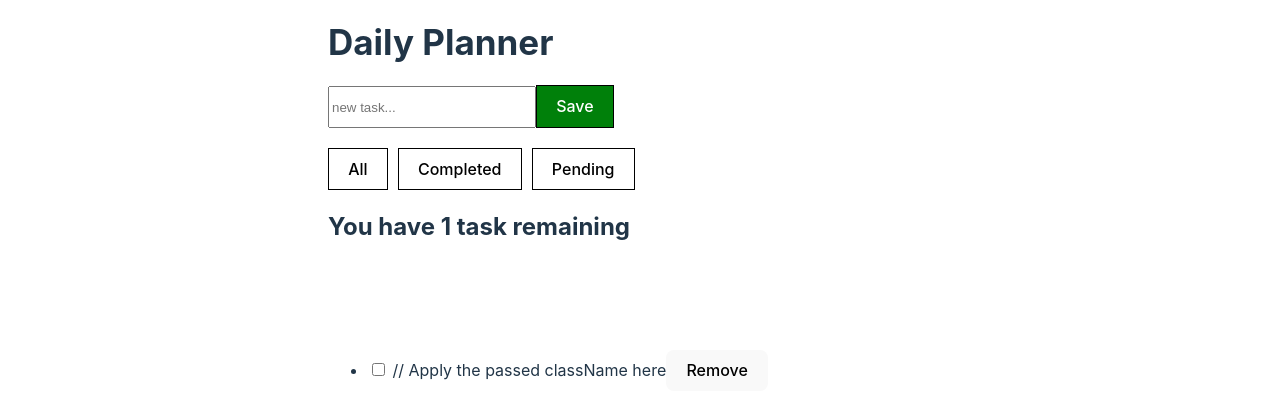
Repository: leslie179/lab4
Page: / (app in lab4/), after clicking the first element matching `button`
An editor plug-in stored every save of this project. The page is shown before and after a run of saves, followed by the edit.
The browser window is 1280 px wide. The pictures show the whole page.
The project was rebuilt for these pictures with package versions that can differ from the ones it lists, and the page was loaded fresh each time. Also part of the build but not shown: lab4/vite.config.js.

Above is the page before, as saved 2024-10-27 18:46:57.

### lab4/src/App.jsx
import { useState } from 'react'
import './App.css'

import Task from './components/Task'
import TaskForm from './components/TaskForm'

function App() {
  const [tasks, setTasks] = useState([])
  const [filter, setFilter] = useState("All")

  const remainingTasks = tasks.filter(task => !task.completed).length;

  return (
    <div>
      <h1>Daily Planner</h1>
      <TaskForm setTasks={setTasks} />

      <button className="filter-button" onClick={() => setFilter("All")}>All</button>
      <button className="filter-button" onClick={() => setFilter("Completed")}>Completed</button>
      <button className="filter-button" onClick={() => setFilter("Pending")}>Pending</button>

      <h2>You have {remainingTasks} task{remainingTasks !== 1 ? 's' : ''} remaining</h2>

      <ul>
        {tasks && tasks.filter((task) => {
          if (filter === "All") {
            return true;
          } else if (filter === "Completed") {
            return task.completed;
          } else if (filter === "Pending") {
            return !task.completed;
          }
          return true;
        }).map((task, i) => {
          return <Task className="task-font" key={i} task={task} setTasks={setTasks} index={i} />
        })}
      </ul>
    </div>
  )
}

export default App;

### lab4/src/App.css
#root {
  max-width: 1280px;
  text-align: left;
  padding-left: 20rem;
}

h1{
  font-size: 35px;
}

.filter-button{
  border: 1px solid black;
  background-color: white;
  margin-right: 10px;
  margin-top: 20px;
  border-radius: 0px;
}

.save{
  background-color: #00800a;
  border-radius: 0px;
  border: 1px solid black;
  padding-top:2mm;
  height:43px;
  color: white;

}

.task-font{
  font-size: 100px;
}

.h2{
  font-weight: bold;
  font-size: 30px;
}
.input{
width:200px;
height:36px;
}

.read-the-docs {
  color: #888;
}

### lab4/src/components/Task.jsx
// Task.jsx
function Task({ task, setTasks, index, className }) {

    const remove = () => {
        setTasks((currentTasks) => {
            const tmpTasks = [...currentTasks] // (deep copy)
            tmpTasks.splice(index, 1) // remove 1 value at this index (key == index)
            return tmpTasks
        })
    }

    const toggleCompleted = (e) => {
        setTasks((currentTasks) => {
            const tmpTasks = [...currentTasks] // (deep copy)
            tmpTasks[index].completed = e.target.checked
            return tmpTasks
        })
    }

    return (
      <li>
        <input type="checkbox" onChange={(e) => toggleCompleted(e)} />
        <span className={className}>{task.task}</span> // Apply the passed className here
        <button onClick={() => remove()}>Remove</button>
      </li>
    )
}

export default Task;

### lab4/src/components/TaskForm.jsx
import { useState } from "react"

function TaskForm({ setTasks }) {
    const [currentTask, setCurrentTask] = useState()
    const save = () => {
        setTasks((currentTasks) => { // trick to get current state
            // im just naming it tmp for temporary
            const tmpTasks = [...currentTasks] // deep copy (tmpTasks is just a copy of currentTasks cause you cant just copy an array)
            tmpTasks.push({ task: currentTask, completed: false })
            return tmpTasks
        })
        setCurrentTask("")
    }
    // the onChange is a function that runs everytime the input text changes
    // everytime the input text changes update the state with the value of the text input
    return <div>
        <input className="input" type="text" onChange={(e) => setCurrentTask(e.target.value)} placeholder="new task..."/>
        <button className="save" onClick={() => save()}>Save</button>
    </div>
}

export default TaskForm

Loaded but not shown: lab4/index.html (common file); lab4/src/main.jsx (common file); lab4/src/index.css (common file)

After the next 4 saves:
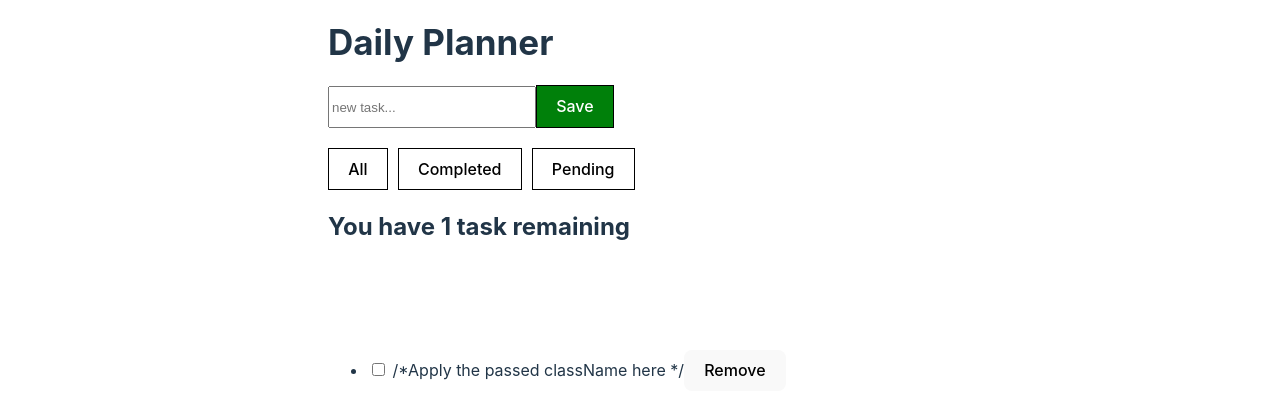
The 4 saves are shown as one change because they came seconds apart.
The last was saved 11 s later.
--- a/lab4/src/components/Task.jsx
+++ b/lab4/src/components/Task.jsx
@@ -20,7 +20,7 @@ function Task({ task, setTasks, index, className }) {
     return (
       <li>
         <input type="checkbox" onChange={(e) => toggleCompleted(e)} />
-        <span className={className}>{task.task}</span> // Apply the passed className here
+        <span className={className}>{task.task}</span> /*Apply the passed className here */
         <button onClick={() => remove()}>Remove</button>
       </li>
     )
